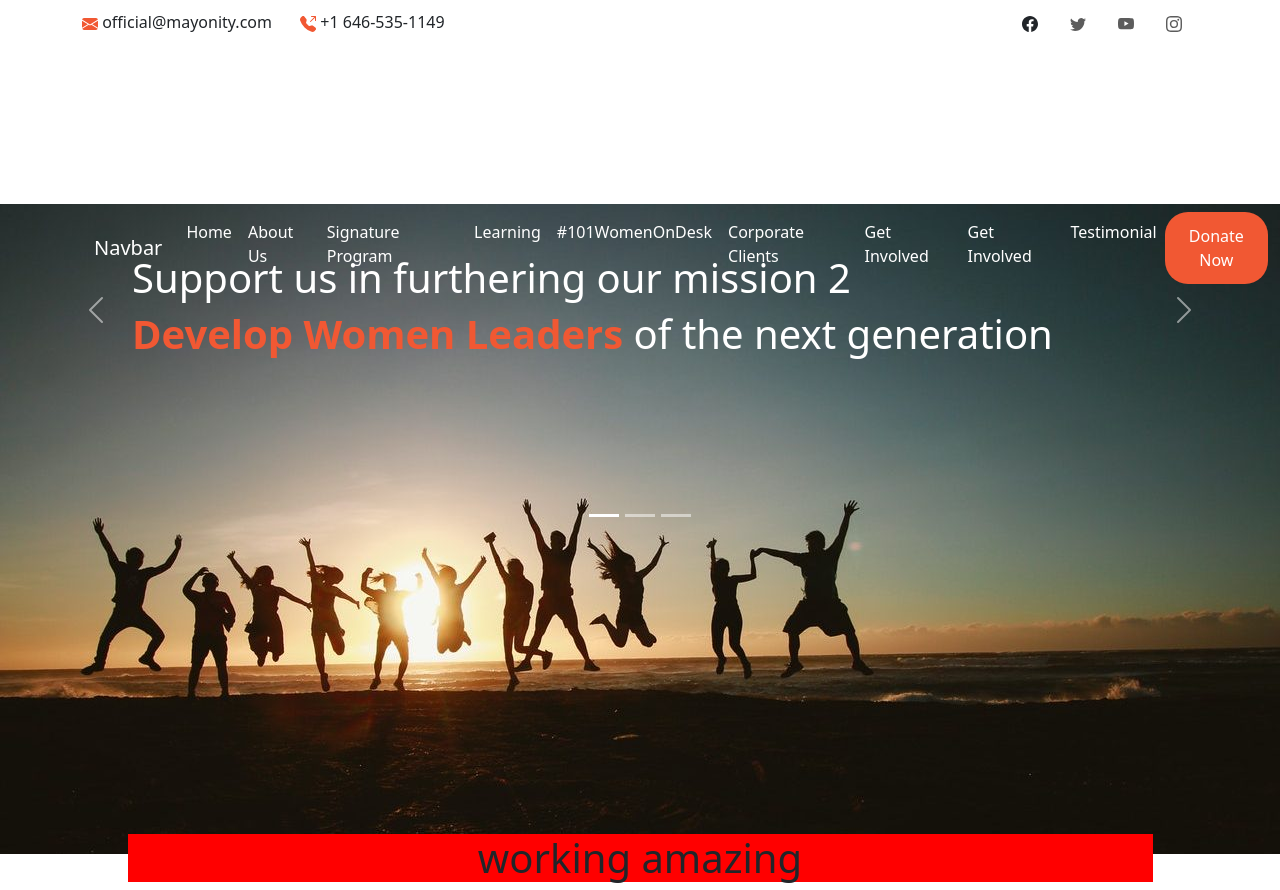
Repository: rizwan-zafar/wings
Page: /
An editor plug-in stored every save of this project. The page is shown before and after the next save, followed by the edit.
The browser window is 1280 px wide. The pictures show the whole page.
The project was rebuilt for these pictures with package versions that can differ from the ones it lists, and the page was loaded fresh each time.

Above is the page before, as saved 2022-11-27 16:41:45.

### public/index.html
<!DOCTYPE html>
<html lang="en">
  <head>
    <meta charset="utf-8" />
    <link rel="icon" href="%PUBLIC_URL%/favicon.ico" />
    <meta name="viewport" content="width=device-width, initial-scale=1" />
    <meta name="theme-color" content="#000000" />
    <meta
      name="description"
      content="Web site created using create-react-app"
    />
    <link rel="apple-touch-icon" href="%PUBLIC_URL%/logo192.png" />
    <!--
      manifest.json provides metadata used when your web app is installed on a
      user's mobile device or desktop. See https://developers.google.com/web/fundamentals/web-app-manifest/
    -->
    <link rel="manifest" href="%PUBLIC_URL%/manifest.json" />
    <!--
      Notice the use of %PUBLIC_URL% in the tags above.
      It will be replaced with the URL of the `public` folder during the build.
      Only files inside the `public` folder can be referenced from the HTML.

      Unlike "/favicon.ico" or "favicon.ico", "%PUBLIC_URL%/favicon.ico" will
      work correctly both with client-side routing and a non-root public URL.
      Learn how to configure a non-root public URL by running `npm run build`.
    -->
    <title>Wings</title>
  </head>
  <body>
    <noscript>You need to enable JavaScript to run this app.</noscript>
    <div id="root"></div>
    <!--
      This HTML file is a template.
      If you open it directly in the browser, you will see an empty page.

      You can add webfonts, meta tags, or analytics to this file.
      The build step will place the bundled scripts into the <body> tag.

      To begin the development, run `npm start` or `yarn start`.
      To create a production bundle, use `npm run build` or `yarn build`.
    -->
  </body>
</html>

### src/index.js
import React from 'react';
import ReactDOM from 'react-dom/client';
import './index.css';
import App from './App';
import "../node_modules/bootstrap/dist/css/bootstrap.min.css"
import "../node_modules/bootstrap/dist/js/bootstrap.min.js"

const root = ReactDOM.createRoot(document.getElementById('root'));
root.render(
     <App />
 );

// If you want to start measuring performance in your app, pass a function
// to log results (for example: reportWebVitals(console.log))
// or send to an analytics endpoint. Learn more: https://bit.ly/CRA-vitals

### src/index.css
html {
  margin: 0;
  padding: 0;
  font-family: -apple-system, BlinkMacSystemFont, 'Segoe UI', 'Roboto', 'Oxygen',
    'Ubuntu', 'Cantarell', 'Fira Sans', 'Droid Sans', 'Helvetica Neue',
    sans-serif;
  -webkit-font-smoothing: antialiased;
  -moz-osx-font-smoothing: grayscale;
}
.icons{
  color:#f15833 ;
}
.social-icons{
  color:#000000a3
}

### src/App.js
import Home from "./Pages/Home"
function App() {
  return (

    <>
      <Home />
    </>

  );
}

export default App;

### src/Pages/Home.js
import React from 'react'
import TopNavbar from "../Components/Topnavbar"
// import Navbar from "../Components/Navbar"
import Slider from "../Components/Slider"
export default function Home() {
    return (
        <div>
            <TopNavbar />
            {/* <Navbar /> */}
            <Slider />
        </div>
    )
}

### src/Components/Topnavbar.js
import React from 'react'
import "../Css/Topnav.css"
import { EnvelopeFill, TelephoneOutboundFill, Twitter, Youtube, Instagram, Facebook } from "react-bootstrap-icons"
export default function Topnavbar() {
    return (
        <div className="top-bar container d-flex justify-content-between">
            <div>
                <span> <EnvelopeFill className="icons" /> official@mayonity.com</span>
                <span className="set-padding p-4"> <TelephoneOutboundFill className="icons ml-3" /> +1 646-535-1149</span>
            </div>
            <div>
                <span className="p-3 social-icons-"><Facebook /></span>
                <span className="p-3 social-icons"><Twitter /></span>
                <span className="p-3 social-icons"><Youtube /></span>
                <span className="p-3 social-icons"><Instagram /></span>
            </div>
        </div>
    )
}

### src/Components/Slider.js
import React from 'react'
import "../Css/Slider.css"
import Navbar from "../Components/Navbar"
export default function Slider() {
    return (
        <>
            <div className="set-slider">
                <Navbar />
                <div id="carouselExampleCaptions" className=" carousel slide" data-bs-ride="false">
                    <div className="carousel-indicators">
                        <button type="button" data-bs-target="#carouselExampleCaptions" data-bs-slide-to="0" className="active" aria-current="true" aria-label="Slide 1"></button>
                        <button type="button" data-bs-target="#carouselExampleCaptions" data-bs-slide-to="1" aria-label="Slide 2"></button>
                        <button type="button" data-bs-target="#carouselExampleCaptions" data-bs-slide-to="2" aria-label="Slide 3"></button>
                    </div>
                    <div className="carousel-inner container">
                        <div className="carousel-item active">
                            <div>
                                <h1>Support us in furthering our mission 2</h1>
                                <h1><strong>Develop Women Leaders</strong> of the next generation</h1>
                            </div>
                        </div>
                        <div className="carousel-item">
                            <div>
                                <h1>Support us in furthering our mission 3</h1>
                                <h1><strong>Develop Women Leaders</strong> of the next generation</h1>
                            </div>
                        </div>
                        <div className="carousel-item">
                            <div>
                                <h1>Support us in furthering our mission</h1>
                                <h1><strong>Develop Women Leaders</strong> of the next generation</h1>
                            </div>
                        </div>

                    </div>
                    <div>
                        <button className="carousel-control-prev" type="button" data-bs-target="#carouselExampleCaptions" data-bs-slide="prev">
                            <span className="carousel-control-prev-icon" aria-hidden="true"></span>
                            <span className="visually-hidden">Previous</span>
                        </button>
                        <button className="carousel-control-next" type="button" data-bs-target="#carouselExampleCaptions" data-bs-slide="next">
                            <span className="carousel-control-next-icon" aria-hidden="true"></span>
                            <span className="visually-hidden">Next</span>
                        </button>
                    </div>
                </div>
            </div>

            <div className="container text-center slider-footer">
                <div className="container">
                    <h1>working amazing</h1>
                </div>
            </div>
        </>
    )
}

### src/Css/Topnav.css
.top-bar{
background-color: #fff;
padding: 10px;
}
.nav-container .navbar
{
    position: fixed;
    width: -webkit-fill-available;
    z-index: 3;
}
.nav-container .btn
{
    background: #f15833;
    border-radius: 23px;
    color: white;
    padding: 11px;
    font-weight: 500;
}
 .nav-container nav ul li a
{
    color:  white;
}

### src/Css/Slider.css
.set-slider {
    background-image: url("/public/Images/header.jpg");
    background-size: cover;
    background-repeat: no-repeat;
    height: 650px;
}

.set-slider .carousel-indicators {
    top: 300px
}

.set-slider .carousel-inner {
    margin-top: 160px;
    color: white
}

.set-slider .carousel-inner .carousel-item>div {

    padding: 50px;
}

.set-slider .carousel-inner h1 {

    font-weight: 400;
}

.set-slider .carousel-inner h1 strong {
    color: #f15833
}

.slider-footer>div {
    background: red;
    max-width: 1025px;
    margin-top: -20px;
}

@media (max-width: 1400px) {
    .nav-container .navbar-expanding {
        flex-wrap: nowrap !important;
        justify-content: flex-start !important;
        background-color: red;
    }
}

@media (max-width: 991px) {

    .set-slider .carousel-item h1 {
        font-size: 35px;
    }
}

@media (max-width: 450px) {
    .set-slider {
        height: 450px;
    }

    .set-slider .carousel-inner {
        margin-top: 16px;
    }

    .set-slider .carousel-item h1 {
        font-size: 25px;
    }
}

### src/Components/Navbar.js
import React from 'react'

export default function Navbar() {
  return (
    <div className="nav-container container">
      <nav className="navbar navbar-expand-lg navbar-dark">
        <div className="container-fluid">
          <a className="navbar-brand" href="/">Navbar</a>
          <button className="navbar-toggler" type="button" data-bs-toggle="collapse" data-bs-target="#navbarNav" aria-controls="navbarNav" aria-expanded="false" aria-label="Toggle navigation">
            <span className="navbar-toggler-icon"></span>
          </button>
          <div className="collapse navbar-collapse" id="navbarNav">
            <ul className="navbar-nav ms-auto">
              <li className="nav-item">
                <a className="nav-link active" aria-current="page" href="/">Home</a>
              </li>
              <li className="nav-item">
                <a className="nav-link" href="/">About Us</a>
              </li>
              <li className="nav-item">
                <a className="nav-link" href="/">Signature Program</a>
              </li>
              <li className="nav-item">
                <a className="nav-link" href="/">Learning</a>
              </li>
              <li className="nav-item">
                <a className="nav-link" href="/">#101WomenOnDesk</a>
              </li>
              <li className="nav-item">
                <a className="nav-link" href="/">Corporate Clients</a>
              </li>
              <li className="nav-item">
                <a className="nav-link" href="/">Get Involved</a>
              </li>
              <li className="nav-item">
                <a className="nav-link" href="/">Get Involved</a>
              </li>
              <li className="nav-item">
                <a className="nav-link" href="/">Testimonial</a>
              </li>
              <li className="nav-item">
                <a className="nav-link btn " href="/">Donate Now</a>
              </li>

            </ul>
          </div>
        </div>
      </nav>
    </div>
  )
}

After the next save:
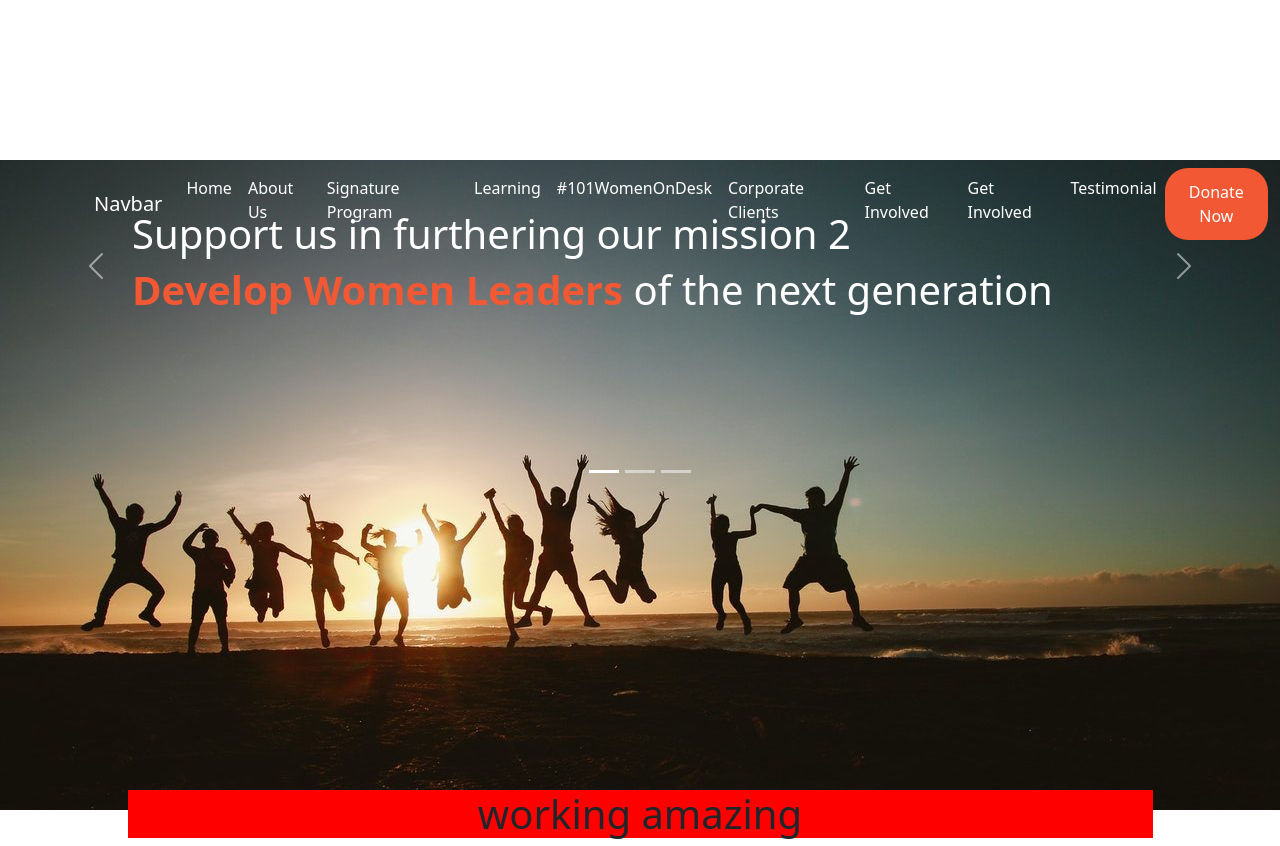
Saved 2 min 25 s later.
--- a/src/Pages/Home.js
+++ b/src/Pages/Home.js
@@ -5,7 +5,7 @@
 export default function Home() {
     return (
         <div>
-            <TopNavbar />
+            {/* <TopNavbar /> */}
             {/* <Navbar /> */}
             <Slider />
         </div>

After the 3 saves that followed:
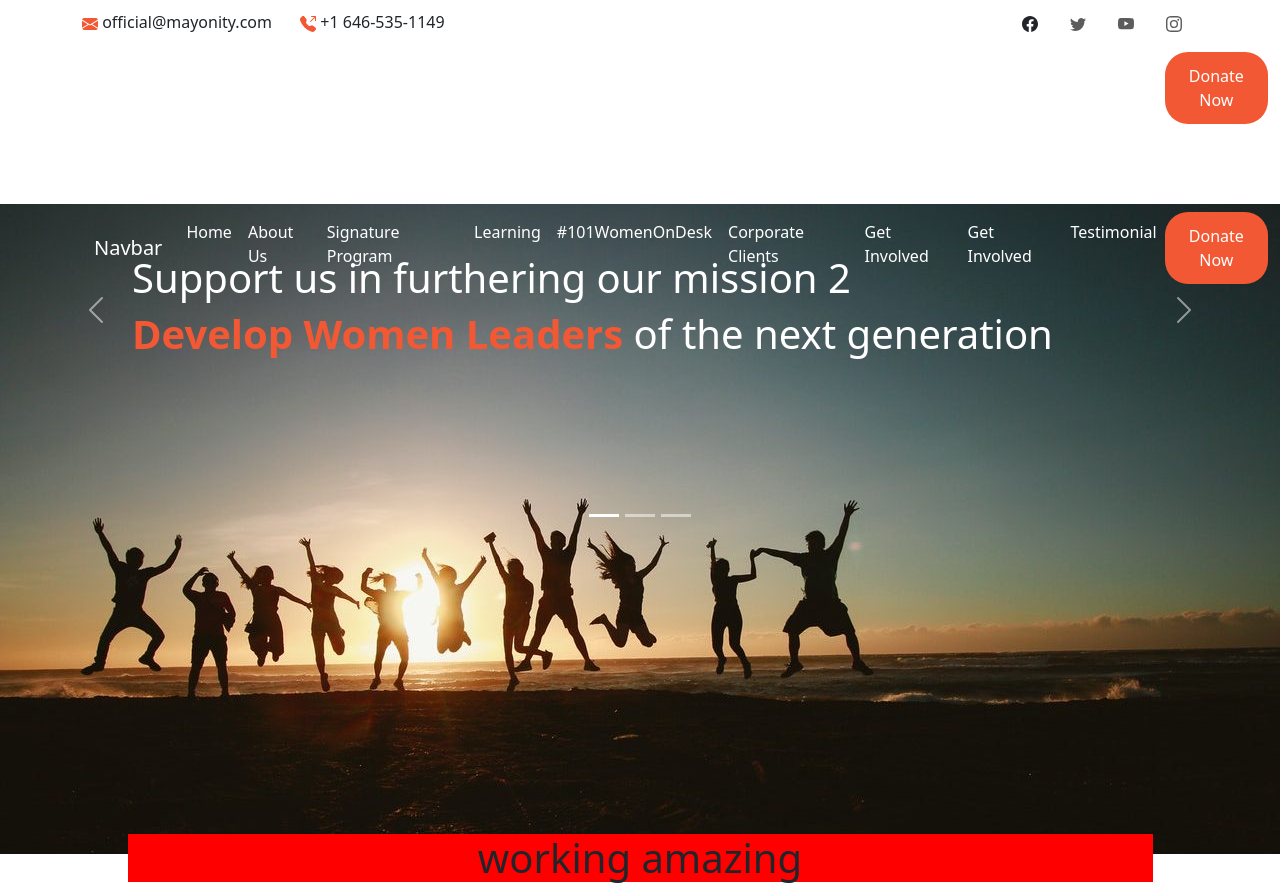
The 3 saves are shown as one change because they came seconds apart.
The last was saved 37 s later.
--- a/src/Pages/Home.js
+++ b/src/Pages/Home.js
@@ -1,12 +1,12 @@
 import React from 'react'
 import TopNavbar from "../Components/Topnavbar"
-// import Navbar from "../Components/Navbar"
+import Navbar from "../Components/Navbar"
 import Slider from "../Components/Slider"
 export default function Home() {
     return (
         <div>
-            {/* <TopNavbar /> */}
-            {/* <Navbar /> */}
+            <TopNavbar />
+            <Navbar />
             <Slider />
         </div>
     )
